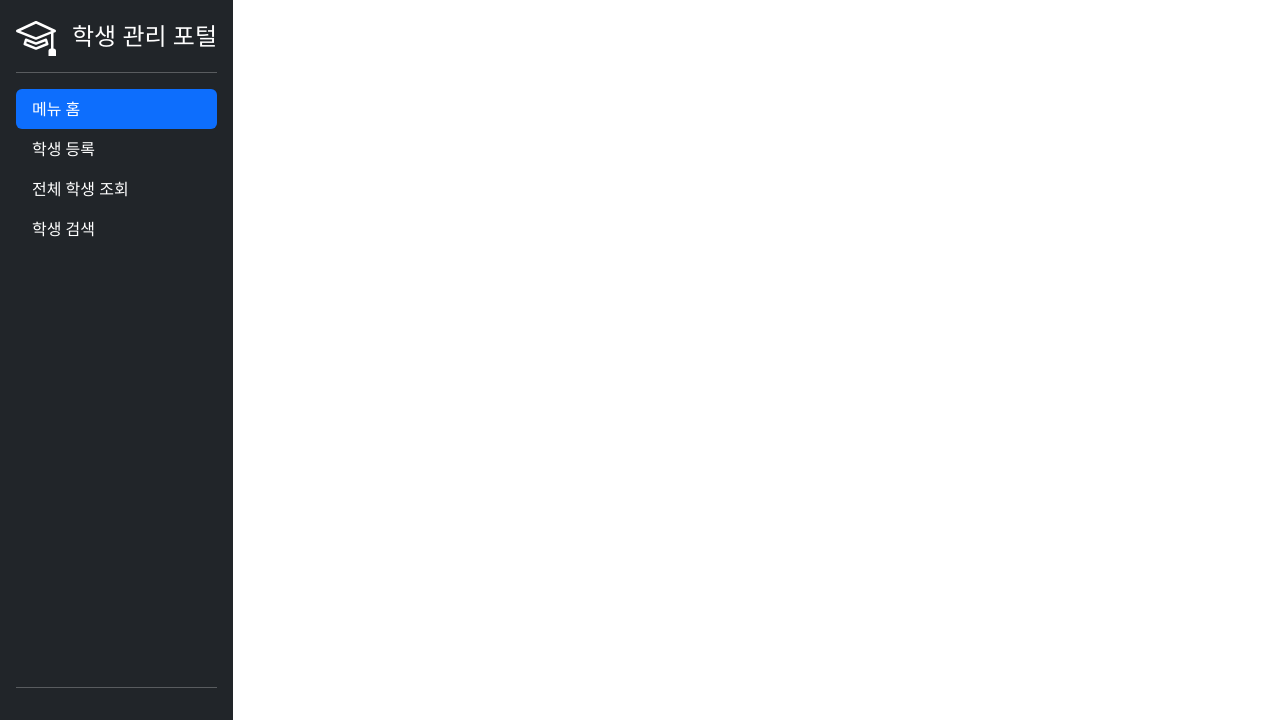
Repository: invisibleufo101/StudentManagementWeb
Page: HSW_Web/src/main/webapp/index.html
An editor plug-in stored every save of this project. The page is shown before and after the next save, followed by the edit.
The browser window is 1280 px wide. The pictures show the whole page.

Above is the page before, as saved 2024-09-19 10:10:04.

After the next save:
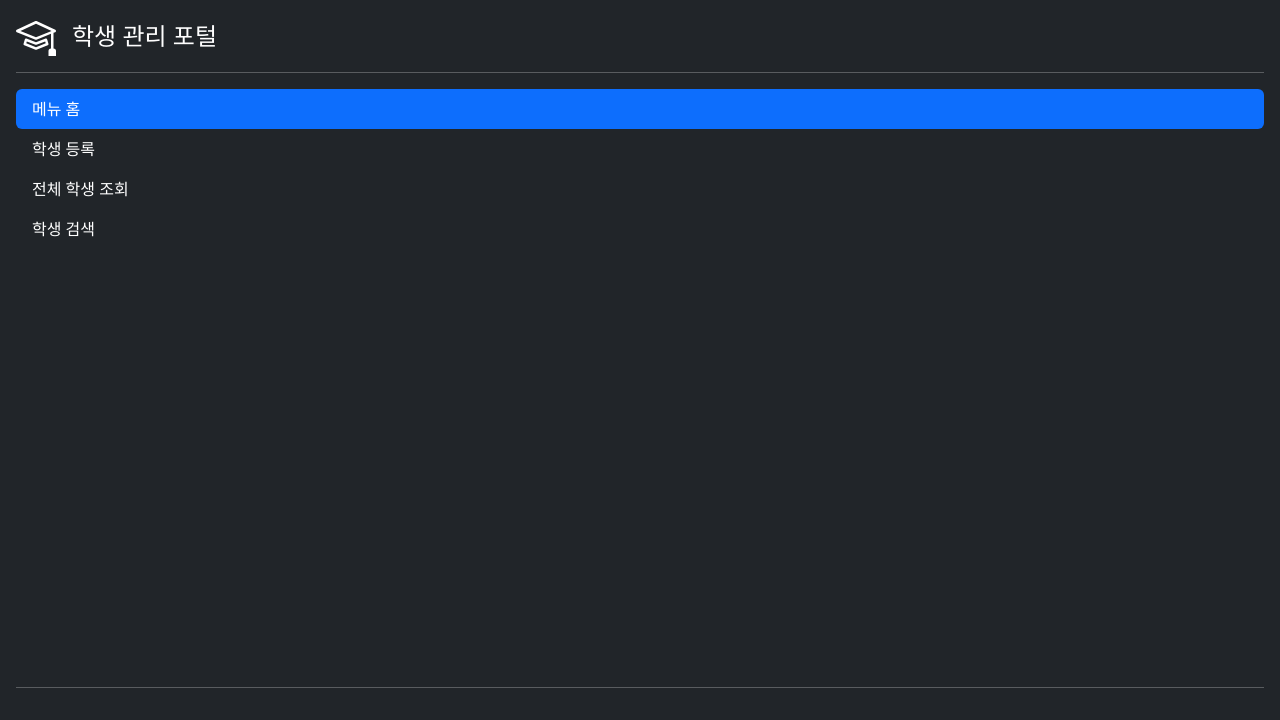
Saved 24 s later.
--- a/HSW_Web/src/main/webapp/index.html
+++ b/HSW_Web/src/main/webapp/index.html
@@ -11,7 +11,7 @@
 <body>
 	<main class="d-flex flex-nowrap vh-100">
 		<!-- Start of Navbar -->
-		<nav class="d-flex flex-lg-column flex-md-column flex-row flex-shrink-0 p-3 text-bg-dark mw-25" style="">
+		<nav class="d-flex flex-lg-column flex-md-column flex-row flex-shrink-0 p-3 text-bg-dark vw-100" style="">
 			<a href="/" class="d-flex justify-content-center align-items-center mb-3 mb-md-0 me-md-auto text-white text-decoration-none">
 				<svg xmlns="http://www.w3.org/2000/svg" width="40" height="40" fill="currentColor" class="bi bi-mortarboard" viewBox="0 0 16 16">
 				 	<path d="M8.211 2.047a.5.5 0 0 0-.422 0l-7.5 3.5a.5.5 0 0 0 .025.917l7.5 3a.5.5 0 0 0 .372 0L14 7.14V13a1 1 0 0 0-1 1v2h3v-2a1 1 0 0 0-1-1V6.739l.686-.275a.5.5 0 0 0 .025-.917zM8 8.46 1.758 5.965 8 3.052l6.242 2.913z"/>

After the save that followed:
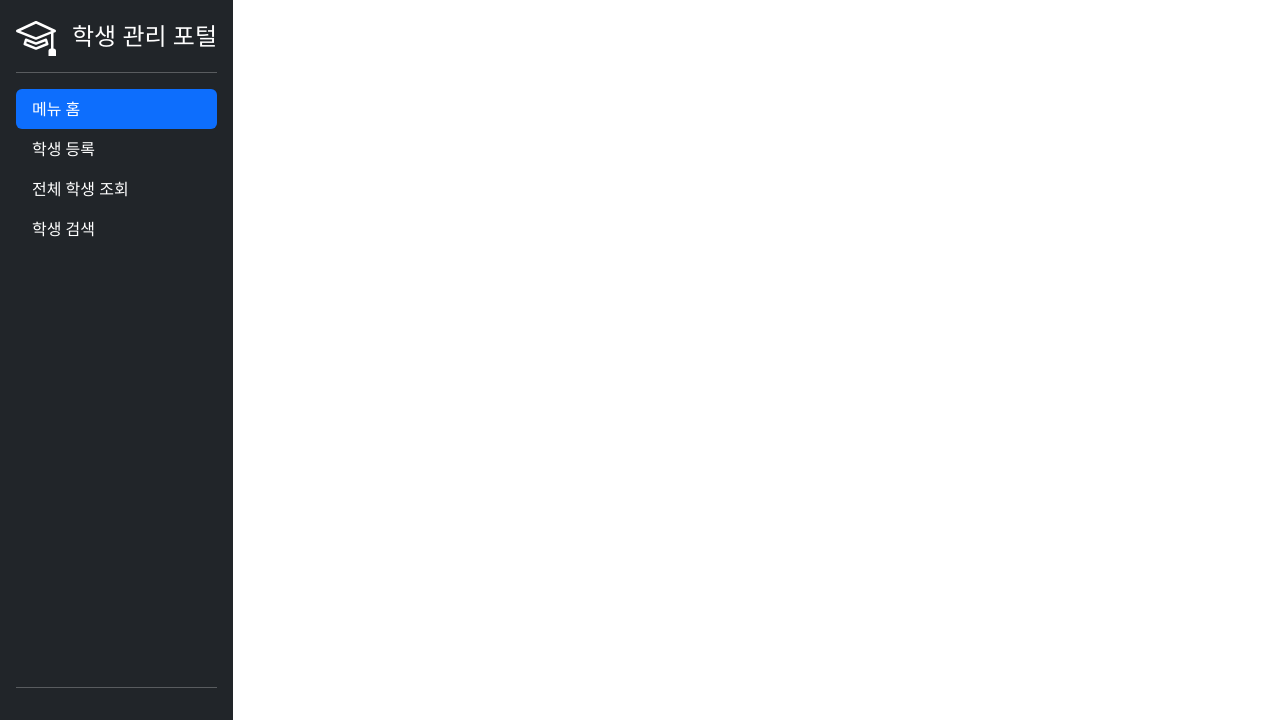
Saved 8 s later.
--- a/HSW_Web/src/main/webapp/index.html
+++ b/HSW_Web/src/main/webapp/index.html
@@ -11,7 +11,7 @@
 <body>
 	<main class="d-flex flex-nowrap vh-100">
 		<!-- Start of Navbar -->
-		<nav class="d-flex flex-lg-column flex-md-column flex-row flex-shrink-0 p-3 text-bg-dark vw-100" style="">
+		<nav class="d-flex flex-lg-column flex-md-column flex-row flex-shrink-0 p-3 text-bg-dark vw-25" style="">
 			<a href="/" class="d-flex justify-content-center align-items-center mb-3 mb-md-0 me-md-auto text-white text-decoration-none">
 				<svg xmlns="http://www.w3.org/2000/svg" width="40" height="40" fill="currentColor" class="bi bi-mortarboard" viewBox="0 0 16 16">
 				 	<path d="M8.211 2.047a.5.5 0 0 0-.422 0l-7.5 3.5a.5.5 0 0 0 .025.917l7.5 3a.5.5 0 0 0 .372 0L14 7.14V13a1 1 0 0 0-1 1v2h3v-2a1 1 0 0 0-1-1V6.739l.686-.275a.5.5 0 0 0 .025-.917zM8 8.46 1.758 5.965 8 3.052l6.242 2.913z"/>
